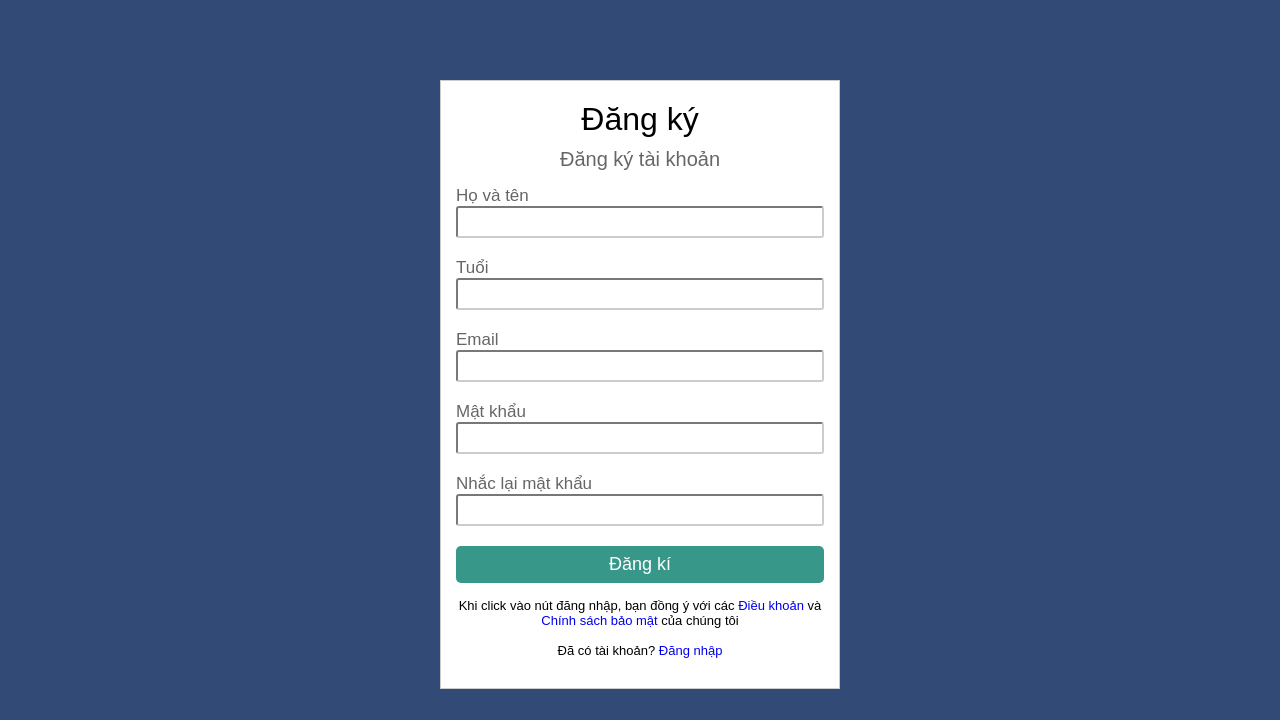
Repository: Ngoc28/HTML-CSS
Page: form/index.html
These files come from the project's save history. The page is drawn as it stood at one moment and after the next save; the edit follows.
The browser window is 1280 px wide. The pictures show the whole page.

Above is the page before, as saved 2023-08-05 15:10:53.

After the next save:
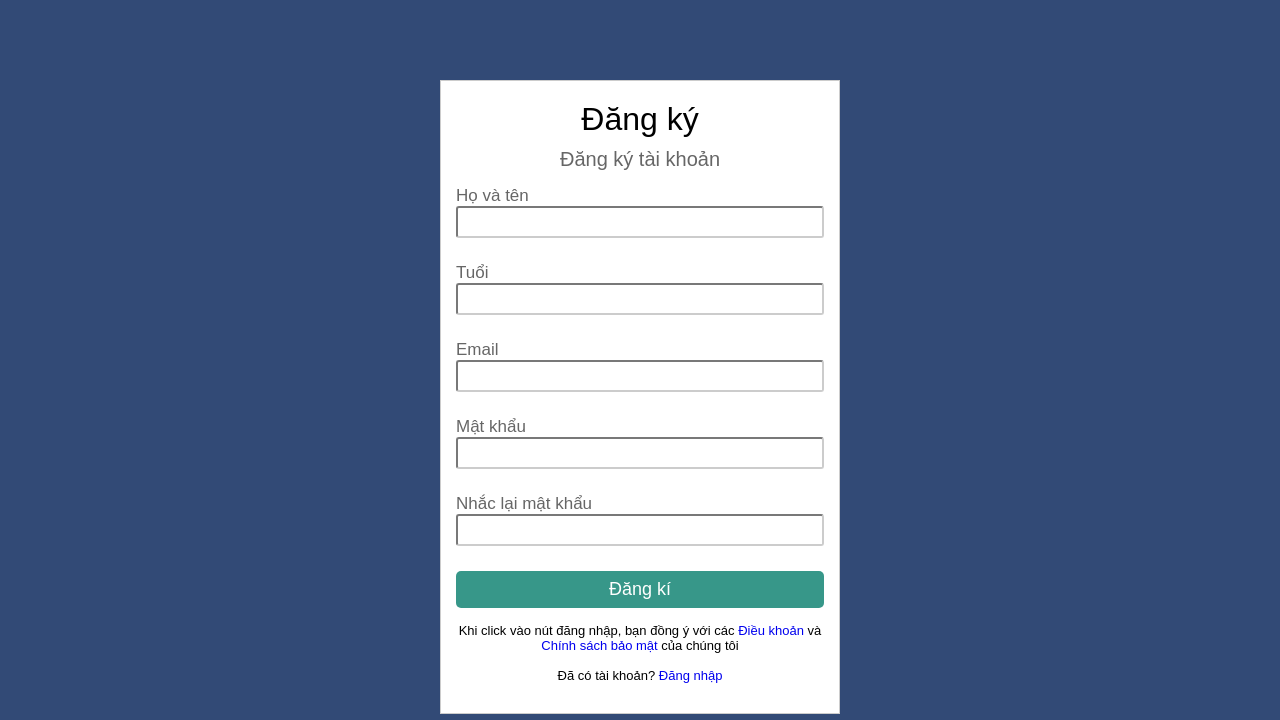
Saved 23 s later.
--- a/form/styles.css
+++ b/form/styles.css
@@ -40,7 +40,7 @@
 }
 
 .block-form {
-    margin-bottom: 20px;
+    margin-bottom: 25px;
 }
 
 .block-form label {

After the save that followed:
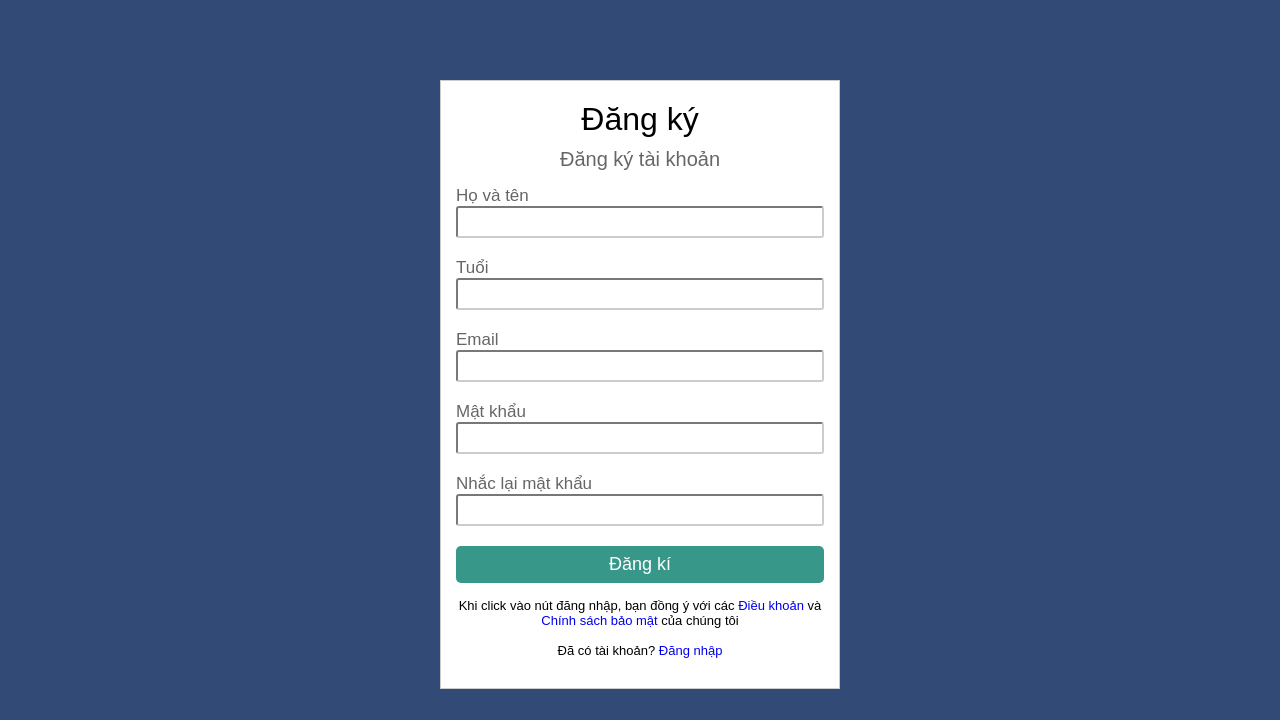
Saved 11 s later.
--- a/form/styles.css
+++ b/form/styles.css
@@ -40,7 +40,7 @@
 }
 
 .block-form {
-    margin-bottom: 25px;
+    margin-bottom: 20px;
 }
 
 .block-form label {
